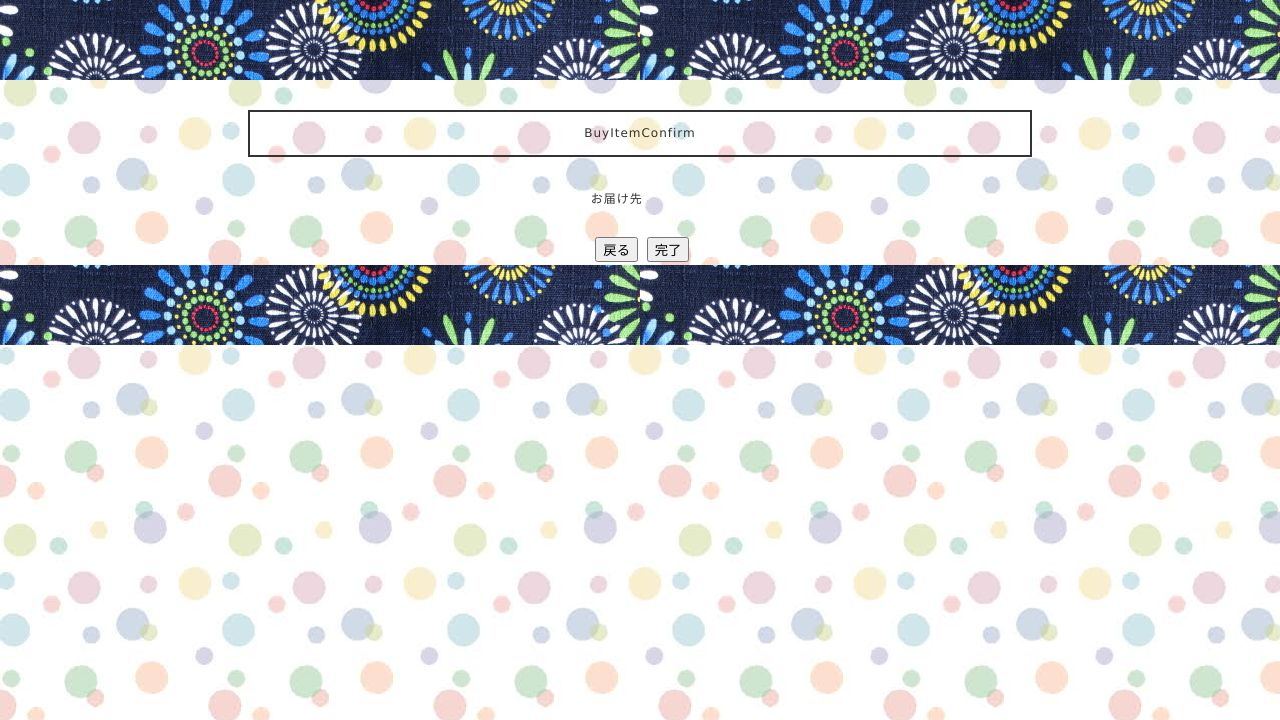
Repository: rt-1217/j2
Page: http://localhost/ecsite01/buyItemConfirm.jsp
An editor plug-in stored every save of this project. The page is shown before and after the next save, followed by the edit.
The browser window is 1280 px wide. The pictures show the whole page.
Some web fonts or font styles are not loaded; a fallback is used. Some web libraries are served in a nearby version. The page is served by Tomcat 9.

Above is the page before, as saved 2018-05-30 02:21:39.

After the next save:
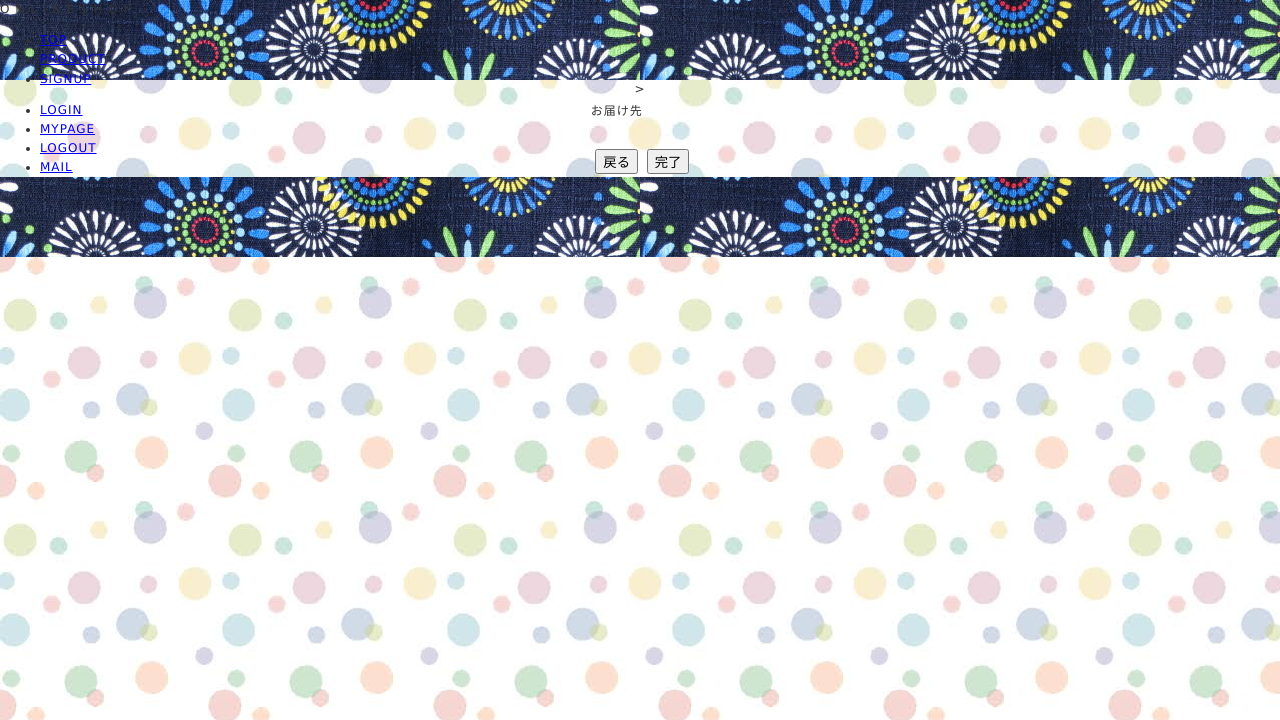
Saved 33 s later.
--- a/ecsite01/WebContent/buyItemConfirm.jsp
+++ b/ecsite01/WebContent/buyItemConfirm.jsp
@@ -34,13 +34,10 @@ $('form').submit();
 
 
 <body>
-<div id="header">
-<div id="pr">
+<s:include value="header.jsp"/>
 </div></div>
 <div id="main">
-<div id="top">
-<p>BuyItemConfirm</p>
-</div>
+>
 <div>
 <s:form>
 
